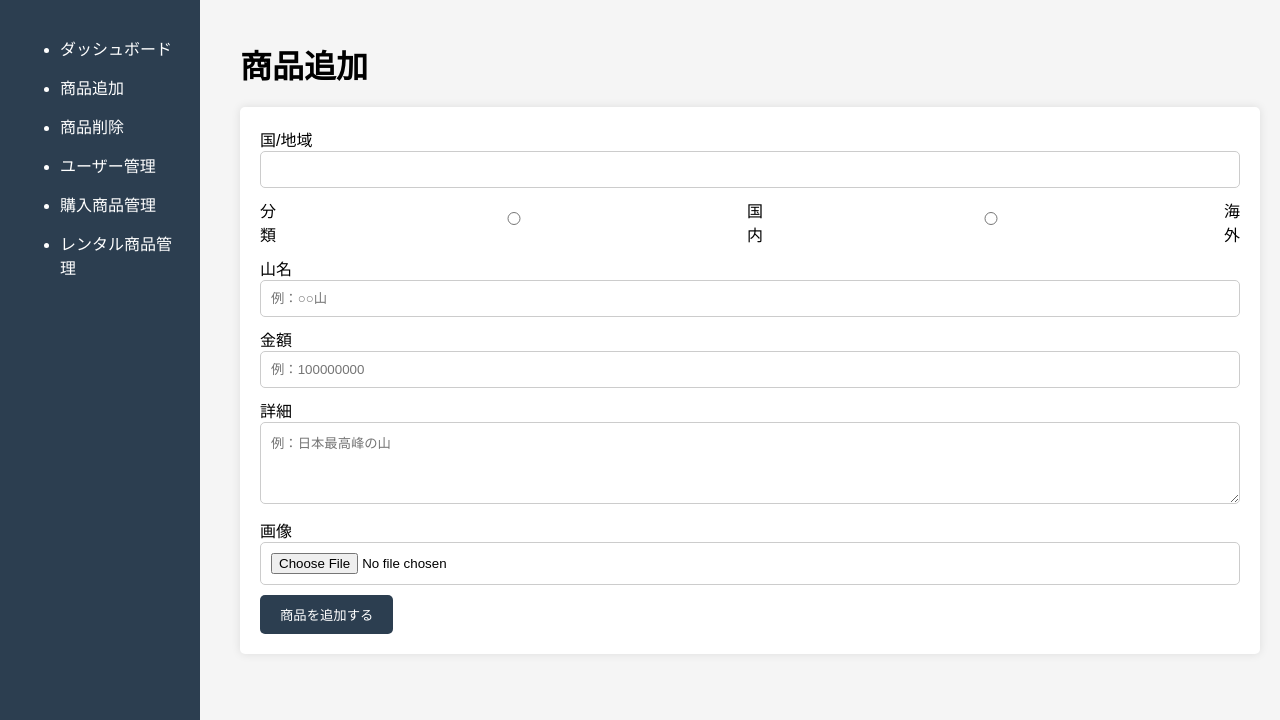
Repository: magome112/Oasis2024920
Page: http://localhost/_12_kanri.shohin.php
These files come from the project's save history. The page is drawn as it stood at one moment and after the next save; the edit follows.
The browser window is 1280 px wide. The pictures show the whole page.
The page is run by PHP 8.4 with error messages shown; the project is at /var/www/html/.

Above is the page before, as saved 2024-12-06 11:58:45.

### _12_kanri.shohin.php
<?php
// データベース接続設定
$host = 'mysql306.phy.lolipop.lan';
$dbname = 'LAA1602729-oasis';
$user = 'LAA1602729';
$password = 'oasis5';

try {
    $pdo = new PDO("mysql:host=$host;dbname=$dbname;charset=utf8", $user, $password);
    $pdo->setAttribute(PDO::ATTR_ERRMODE, PDO::ERRMODE_EXCEPTION);
} catch (PDOException $e) {
    echo "データベース接続エラー: " . $e->getMessage();
    exit;
}

// フォーム送信処理
if ($_SERVER['REQUEST_METHOD'] === 'POST') {
    $yama_name = $_POST['yama_name'] ?? "";
    $country_name = $_POST['country_name'] ?? '';
    $Region = $_POST['Region'] ?? '';
    $price = $_POST['price'] ?? '';
    $yama_img = '';
    $yama_info = $_POST['yama_info'] ?? '';

    // 画像のアップロード処理
    if (isset($_FILES['image']) && $_FILES['image']['error'] === UPLOAD_ERR_OK) {
        $upload_dir = 'uploads/';
        $image_path = $upload_dir . basename($_FILES['image']['name']);
        if (!move_uploaded_file($_FILES['image']['tmp_name'], $image_path)) {
            echo "画像アップロードに失敗しました。";
            exit;
        }
    }

    // データベースに挿入
    $stmt = $pdo->prepare("INSERT INTO Oasis_yama (yama_name, country_name, Region, price, yama_img, yama_info) VALUES (:yama_name, :country_name, :Region, :price, :yama_img, :yama_info)");
    $stmt->bindParam(':yama_name', $yama_name);
    $stmt->bindParam(':country_name', $country_name);
    $stmt->bindParam(':Region', $Region);
    $stmt->bindParam(':price', $price);
    $stmt->bindParam(':yama_img', $yama_img);
    $stmt->bindParam(':yama_info', $yama_info);
    $stmt->execute();

    echo "商品が追加されました！";
}
?>

<!DOCTYPE html>
<html lang="ja">
<head>
    <meta charset="UTF-8">
    <meta name="viewport" content="width=device-width, initial-scale=1.0">
    <title>商品追加</title>
    <style>
        body {
            font-family: Arial, sans-serif;
            margin: 0;
            padding: 0;
            background-color: #f5f5f5;
        }
        .sidebar {
            width: 200px;
            background-color: #2c3e50;
            color: #fff;
            height: 100vh;
            position: fixed;
            top: 0;
            left: 0;
            padding: 20px;
            box-sizing: border-box;
        }
        .sidebar h3 {
            margin-bottom: 30px;
        }
        .sidebar a {
            color: #fff;
            text-decoration: none;
            display: block;
            margin-bottom: 15px;
        }
        .main-content {
            margin-left: 220px;
            padding: 20px;
        }
        h1 {
            margin-bottom: 20px;
        }
        form {
            background-color: #fff;
            padding: 20px;
            border-radius: 5px;
            box-shadow: 0 0 10px rgba(0, 0, 0, 0.1);
        }
        input, textarea {
            width: 100%;
            padding: 10px;
            margin-bottom: 10px;
            border: 1px solid #ccc;
            border-radius: 5px;
            box-sizing: border-box;
        }
        .radio-group {
    display: flex; /* 横並びに整列 */
    align-items: center; /* 垂直方向の中央揃え */
    gap: 20px; /* ラジオボタン間のスペース */
    margin-bottom: 10px;
}

.radio-group label {
    margin-right: 10px; /* 「分類」と最初のラジオボタン間の余白 */
}

.radio-group input[type="radio"] {
    margin-right: 5px; /* ラジオボタンとテキストの間隔を調整 */
    margin-left: 0; /* 不要な余白をゼロに設定 */
}

        button {
            background-color: #2c3e50;
            color: #fff;
            border: none;
            padding: 10px 20px;
            cursor: pointer;
            border-radius: 5px;
        }
        button:hover {
            background-color: #34495e;
        }
    </style>
</head>
<body>
<div class="sidebar">
    <ul>
        <li><a>ダッシュボード</a></li>
        <li><a href="_12_kanri.shohin.php">商品追加</a></li>
        <li><a href="_13_kanri.shohindel.php">商品削除</a></li>
        <li><a href="_14_kanri.user.php">ユーザー管理</a></li>
        <li><a href="_15_kanri.add.shohin.php">購入商品管理</a></li>
        <li><a href="_16_kanri.add.rental.php">レンタル商品管理</a></li>
    </ul>
</div>

    <div class="main-content">
        <h1>商品追加</h1>
        <form method="POST" enctype="multipart/form-data">

            <label for="country_name">国/地域</label>
            <input type="text" name="country_name" id="country_name" required>

            <div class="radio-group">
                <label for="region">分類</label>
                <input type="radio" name="region" value="0" required>国内
                <input type="radio" name="region" value="1">海外
            </div>

            <label for="yama_name">山名</label>
            <input type="text" name="yama_name" id="yama_name" placeholder="例：○○山" required>

            <label for="price">金額</label>
            <input type="number" name="price" id="price" placeholder="例：100000000" required>

            <label for="yama_info">詳細</label>
            <textarea name="yama_info" id="yama_info" placeholder="例：日本最高峰の山" rows="4" required></textarea>

            <label for="yama_img">画像</label>
            <input type="file" name="yama_img" id="yama_img" accept="image/*" required>

            <button type="submit">商品を追加する</button>
        </form>
    </div>
</body>
</html>

After the next save:
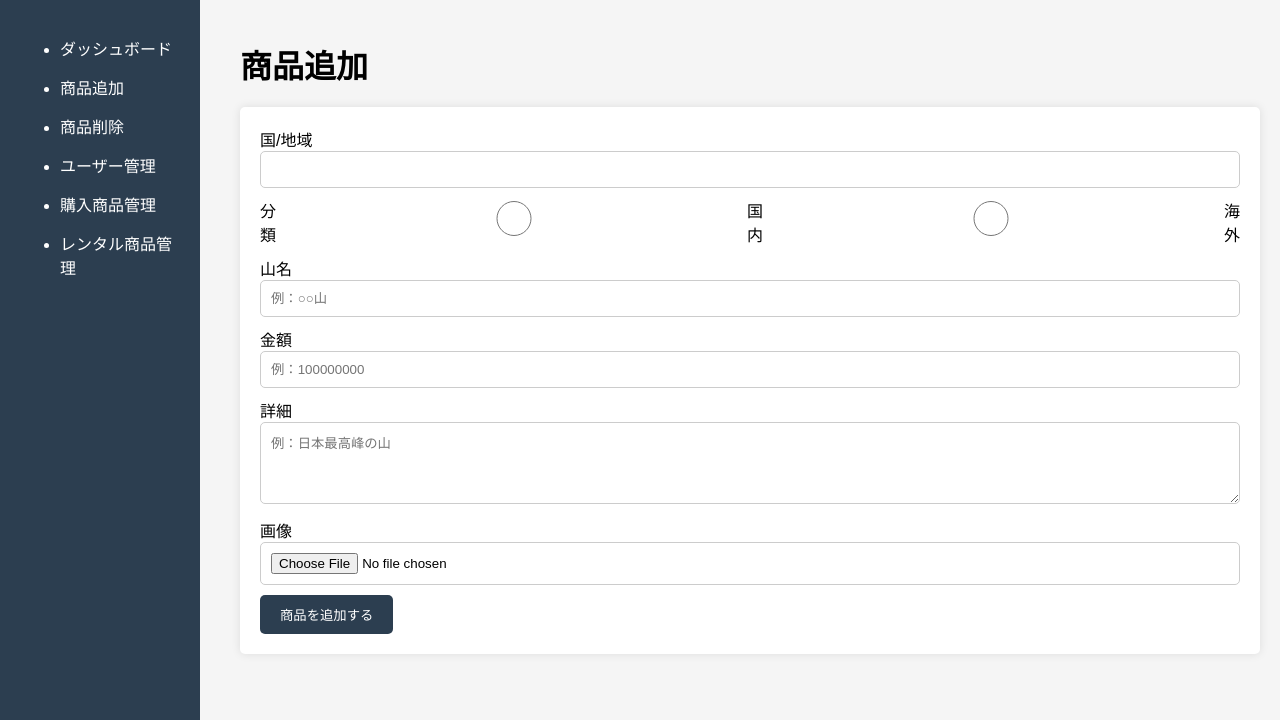
Saved 30 s later.
--- a/_12_kanri.shohin.php
+++ b/_12_kanri.shohin.php
@@ -100,21 +100,21 @@
             border-radius: 5px;
             box-sizing: border-box;
         }
-        .radio-group {
-    display: flex; /* 横並びに整列 */
-    align-items: center; /* 垂直方向の中央揃え */
-    gap: 20px; /* ラジオボタン間のスペース */
-    margin-bottom: 10px;
-}
+                .radio-group {
+            display: flex; /* 横並びに整列 */
 
-.radio-group label {
-    margin-right: 10px; /* 「分類」と最初のラジオボタン間の余白 */
-}
+            gap: 20px; /* ラジオボタン間のスペース */
+            margin-bottom: 10px;
+        }
 
-.radio-group input[type="radio"] {
-    margin-right: 5px; /* ラジオボタンとテキストの間隔を調整 */
-    margin-left: 0; /* 不要な余白をゼロに設定 */
-}
+        .radio-group label {
+            margin-right: 10px; /* 「分類」と最初のラジオボタン間の余白 */
+        }
+
+        .radio-group input[type="radio"] {
+            margin-right: 5px; /* ラジオボタンとテキストの間隔を調整 */
+            margin-left: 0; /* 不要な余白をゼロに設定 */
+        }
 
         button {
             background-color: #2c3e50;

After the save that followed:
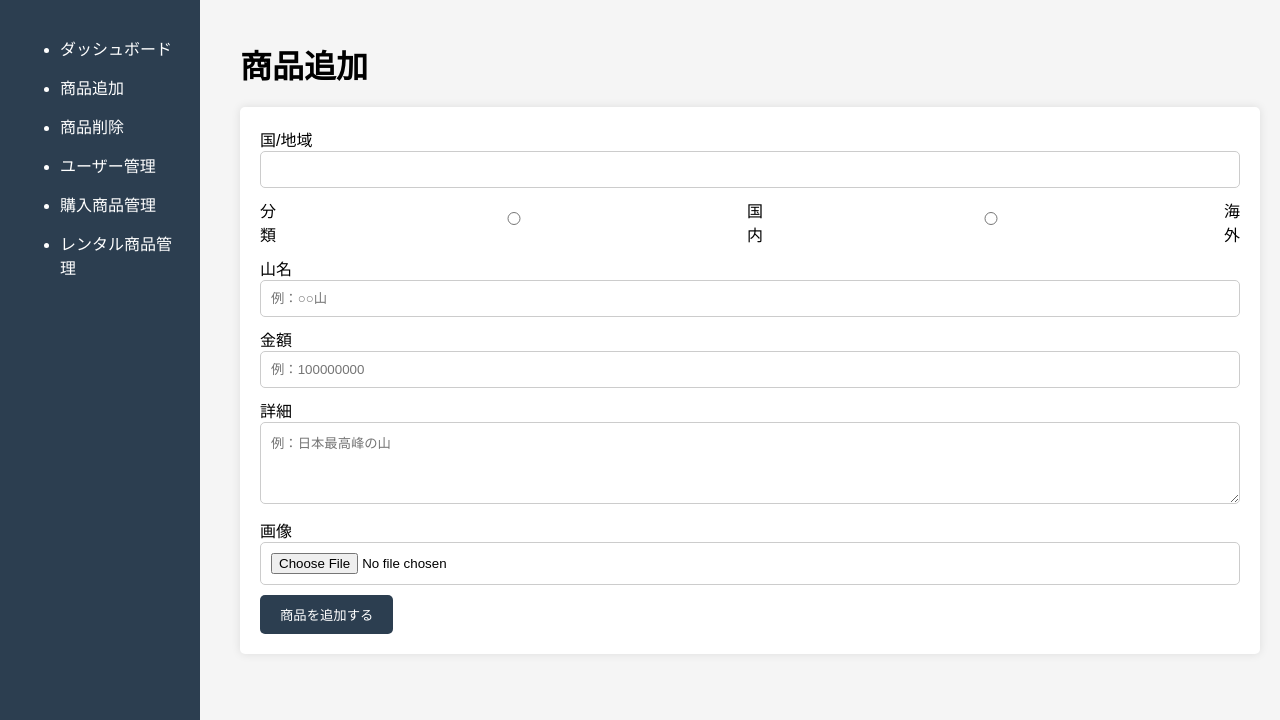
Saved 15 s later.
--- a/_12_kanri.shohin.php
+++ b/_12_kanri.shohin.php
@@ -102,7 +102,7 @@
         }
                 .radio-group {
             display: flex; /* 横並びに整列 */
-
+            align-items: center; /* 垂直方向の中央揃え */
             gap: 20px; /* ラジオボタン間のスペース */
             margin-bottom: 10px;
         }
